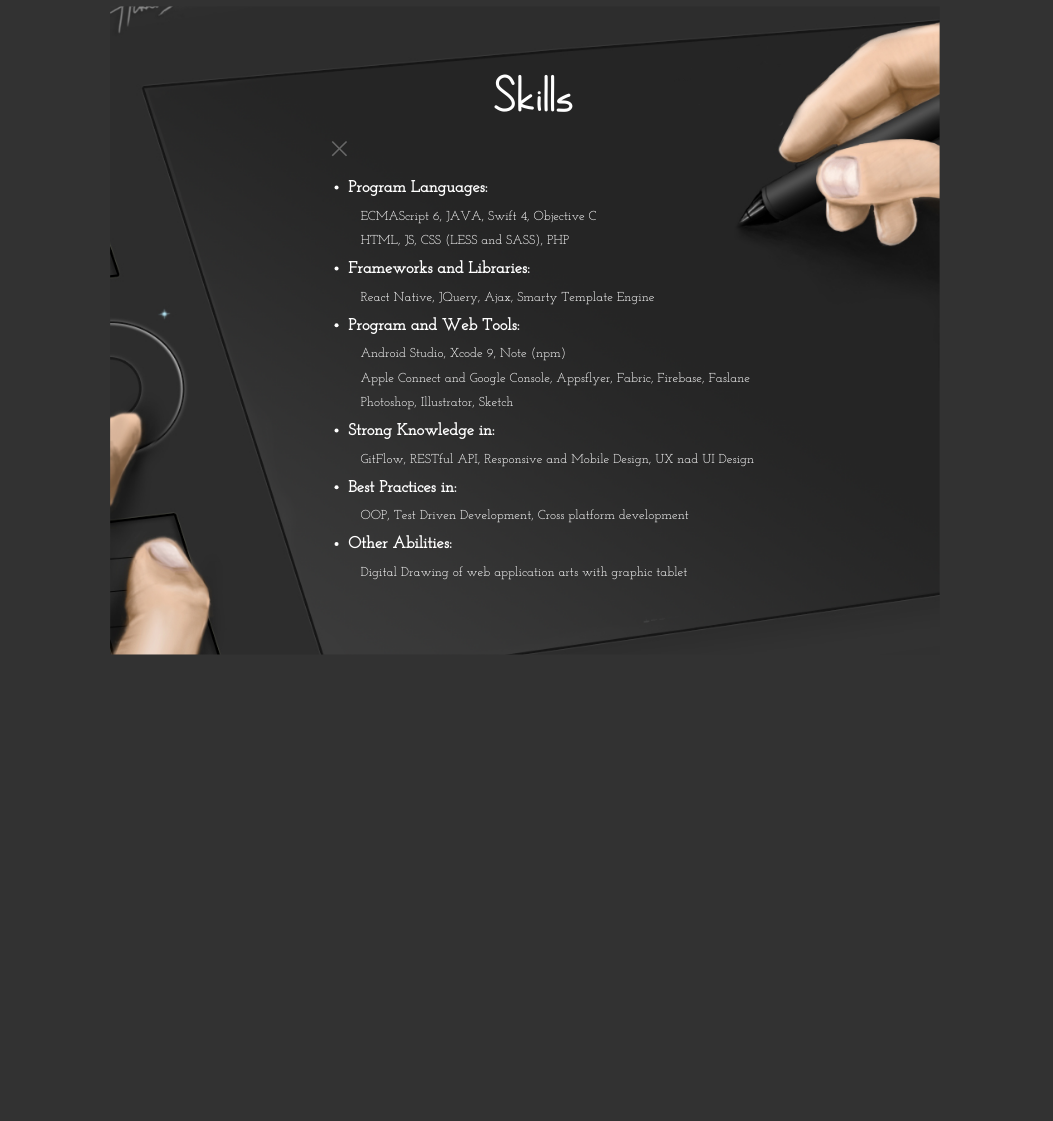
Repository: nikichanko/cv
Page: index.html
These files come from the project's save history. The page is drawn as it stood at one moment and after the next save; the edit follows.
The browser window is 1280 px wide. The page is 1300 px wide, so the pictures cover 1300 px, including what lies to the right of the window. The pictures show the whole page, at 81% of full size.
After loading, the first visible `div.item` was clicked once.

Above is the page before, as saved 2018-08-09 20:53:06.

### index.html
<!DOCTYPE html>
<html>
  <head>
    <link rel="stylesheet" type="text/css" href="css/styles.css">
    <script src="https://ajax.googleapis.com/ajax/libs/jquery/3.3.1/jquery.min.js"></script>
    <title>Nikolay Nikolov - CV</title>
  </head>
  <body>
    <div class="wrapper">
      <div class="menu">
        <div class="item">
          Skills
        </div>
        <div class="content skills">
          <i class="close"></i>
          <ul>
            <li>Program Languages:</li>
            <ol>ECMAScript 6, JAVA, Swift 4, Objective C</ol>
            <ol>HTML, JS, CSS (LESS and SASS), PHP</ol>
            <li>Frameworks and Libraries:</li>
            <ol>React Native, JQuery, Ajax, Smarty Template Engine</ol>
            <li>Program and Web Tools:</li>
            <ol>Android Studio, Xcode 9, Note (npm)</ol>
            <ol>Apple Connect and Google Console, Appsflyer, Fabric, Firebase, Faslane</ol>
            <ol>Photoshop, Illustrator, Sketch</ol>
            <li>Strong Knowledge in:</li>
            <ol>GitFlow, RESTful API, Responsive and Mobile Design, UX nad UI Design</ol>
            <li>Best Practices in:</li>
            <ol>OOP, Test Driven Development, Cross platform development</ol>
            <li>Other Abilities:</li>
            <ol>Digital Drawing of web application arts with graphic tablet</ol>
          </ul>
        </div>
        <div class="item">
          Education
        </div>
        <div class="content">
            <i class="close"></i>
            2011-2013<br/>
            M. Sc. in Computer Science<br/>
            Technical University Gabrovo,
            Computer System and Technologies
        </div>
        <div class="item">
          Empoyment
        </div>
        <div class="content">
            <i class="close"></i>
            <b>from 12. 2016 to present</b><br/>
            Mansion Technology and Operations Centre<br/>
            Professional Title: front-end developer<br/>
            from 11. 2017 working as mobile developer in agile environment<br/><br/>
            <b>from 05. 2014 to 12. 2016</b></br>
            Support Service LTD for Image-Line Belgium</br>
            Professional Title: fullstack web developer with more front-end responsibilities
        </div>
        <div class="item">
          Goal Achieved
        </div>
        <div class="content skills">
          <i class="close"></i>
          <ul>
            <li>As mobile developer:</li>
            <ol>Applications in stores:</ol>
            <ol>
              <img src="img/casino.png" title="CasinoSlots" class="app-icon" />
              <img src="img/ccbj.png" title="Casino BlackJack" class="app-icon" />
              <img src="img/sh.png" title="Slostheaven" class="app-icon" />
              <img src="img/mc.png" title="MansionCasino" class="app-icon" />
            </ol>
            <ol>Quick switching from web to mobile development</ol>
            <ol>Key person with leading role in mobile team</ol>
            <ol>Be main part of critical moments when quick reaction and self-organization is very important</ol>
            <ol>The person that implemented React Native framework in real mobile apps</ol>
            <ol>Publishing and then dealing with rejection of apps in both stores</ol>
            <ol>Implementations: Redux, Geo location services, Biometic authetification with
              RESTful API login, React Native navigation, Unit, Integration and Snapshot Tests with Jest, executed in CI system (Bamboo),
              Cross-platform and multi-device layouts, Exposing many custom code from Native to React Native (NativeModules and NativeEventEmitter)</ol>
            <li>As front-end developer:</li>
            <ol>Responsive and mobile designs with no compromises in details</ol>
            <ol>Developed many end-to-end web applications like: Image Sliders with lazyloading, javascript Video and Audio Players with full mobile support</ol>
            <ol>RESTful API integrations</ol>
            <ol>Unit testing with Jasmine</ol>
          </ul>
        </div>
        <div class="item">
          About me
        </div>
        <div class="content skills">
          <i class="close"></i>

        </div>
        <div class="item">
          Contact
        </div>
        <div class="content">
            <i class="close"></i>
            Fill free to leave me a message...
            <script type="text/javascript" src="https://form.jotformeu.com/jsform/82187298762370"></script>
        </div>
      </div>
    </div>
    <script src="js/common.js"></script>
  </body>
</html>

### css/styles.css
@font-face {
  font-family: 'Just Gotta Smile';
  src: url('./fonts/JustGottaSmile.woff2') format('woff2'),
      url('./fonts/JustGottaSmile.woff') format('woff'),
      url('./fonts/JustGottaSmile.ttf') format('truetype');
  font-weight: 500;
  font-style: normal;
}

@font-face {
  font-family: 'Josefin Slab';
  src: url('./fonts/JosefinSlab.woff2') format('woff2'),
      url('./fonts/JosefinSlab.woff') format('woff'),
      url('./fonts/JosefinSlab.ttf') format('truetype');
  font-weight: normal;
  font-style: normal;
}
ul, li, ol {
  margin: 0;
  padding: 0;
}

body {
  background-color: #323232;
  width: 100%;
  font-family: 'Just Gotta Smile';
  color: #fff;
}

.menu {
  left: 20px;
  line-height: 70px;
  margin: 0 auto;
  position: absolute;
  text-align: center;
  width: 100%;
  height: 400px;
  font-size: 64px;
  top: 80px;
}

.item {
  cursor: pointer;
  position: relative;
  left: 50%;
  opacity: 1;
  transform: translateX(-50%) ;
  -ms-transform: translateX(-50%) ; /* IE 9 */
  -webkit-transform: translateX(-50%); /* Safari 3-8 */
  transition: opacity 0.5s ease-in-out;
  -webkit-user-select: none;
     -moz-user-select: none;
      -ms-user-select: none;
          user-select: none;
          width: auto;
}

.item.closed {
  opacity: 0;
  height: 0;
  visibility: hidden;
}

.content {
  font-family: 'Josefin Slab';
  padding-top: 2px;
  left: 50px;
  max-width: 600px;
  text-align: left;
  top: 50px;
  width: 60%;
  margin: 0 auto;
  line-height: 40px;
  height: 0;
  opacity: 0;
  font-size: 20px;
  transition: opacity 0.5s ease-in-out;
  position: relative;
  visibility: hidden;
}

.content.open {
  height: auto;
  opacity: 1;
  transition: opacity 0.5s ease-in-out;
  visibility: visible;
}
.content.skills {
  line-height: 30px;
}
.content.skills ul {
  margin-top: 10px;
  margin-left: 20px;
}
.content.skills li {
  font-weight: bold;
  font-size: 20px;
  padding:5px 0;
}
.content.skills ol {
  font-size: 16px;
  margin-left: 15px;
}

.item:hover {
  color: #a4cbe6;
}

.wrapper {
  width: 80%;
  max-width: 1300px;
  height: 800px;
  margin: 0 auto;
  background-image: url(../img/cv_bg.png);
  background-repeat: no-repeat;
  background-position: right center;
  background-size: cover;
}

.close {
  position: absolute;
  top: -29px;
  left: -7px;
  width: 32px;
  height: 32px;
  opacity: 0.3;
}
.close:hover {
  opacity: 1;
}
.close:before, .close:after {
  position: absolute;
  left: 15px;
  content: ' ';
  height: 25px;
  width: 2px;
  background-color: #fff;
}
.close:before {
  transform: rotate(45deg);
}
.close:after {
  transform: rotate(-45deg);
}

.app-icon {
  width: 45px;
  margin-right: 20px;
}

### js/common.js
$(".item").on('click', function() {
  var _t = this;
  setTimeout(function(){
    $(_t).next('.content').addClass('open');
  },100);
  $('.item').each(function(i, v) {
    if (!$(_t).is(v)) {
      $(v).addClass('closed');
      $(v).next('.content').removeClass('open');
    }
    else {
      $(v).removeClass('closed');
    }
  });
});

$('.close').on('click', function(){
  $('.item').each(function(i, v) {
    setTimeout(function(){
      $(v).removeClass('closed');
    },100);
    $(v).next('.content').removeClass('open');
  });
})

After the next save:
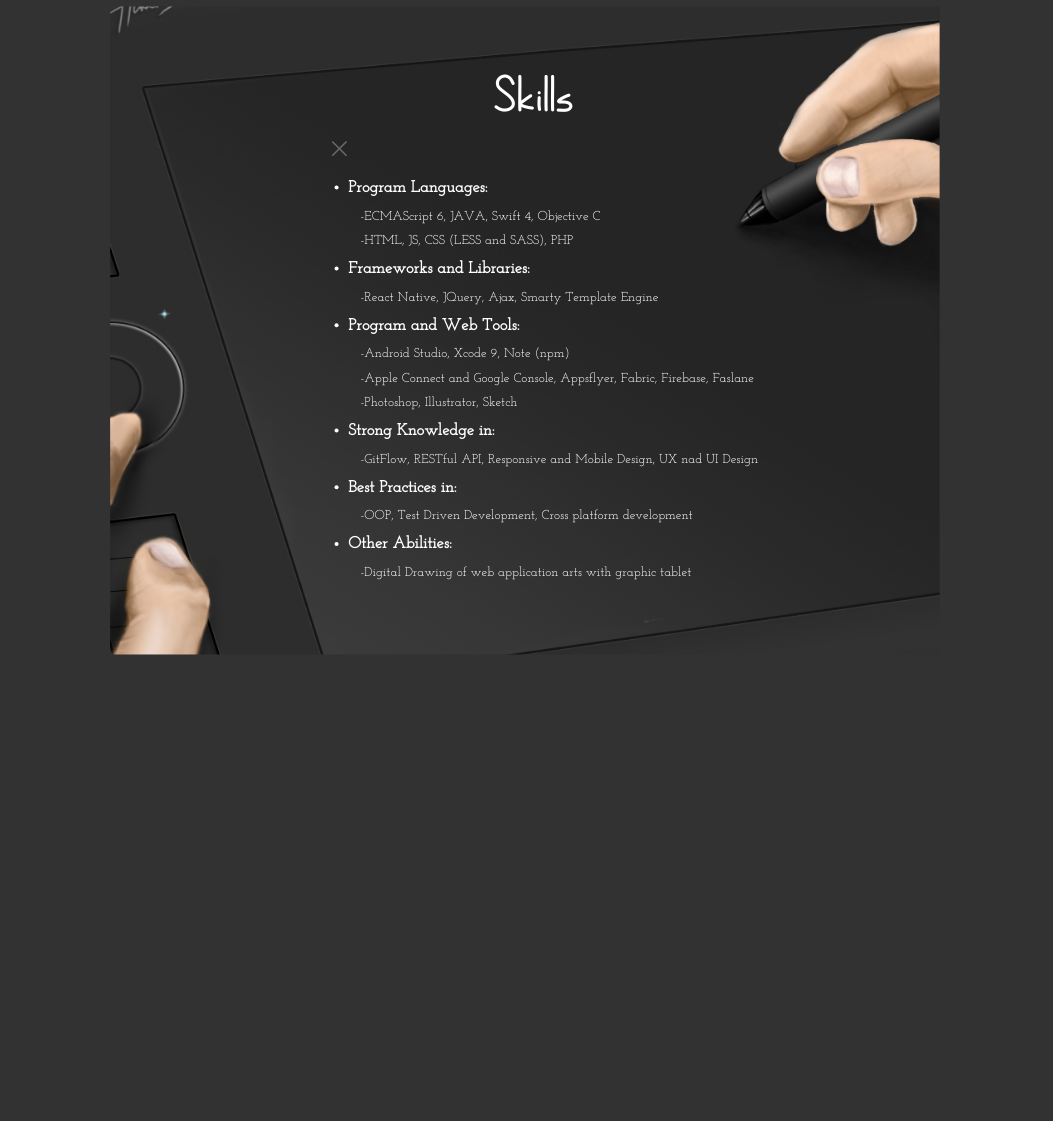
Saved 27 s later.
--- a/css/styles.css
+++ b/css/styles.css
@@ -101,6 +101,10 @@
   font-size: 16px;
   margin-left: 15px;
 }
+.content.skills ol:before {
+  content: "-";
+  text-indent: -5px;
+}
 
 .item:hover {
   color: #a4cbe6;

After the save that followed:
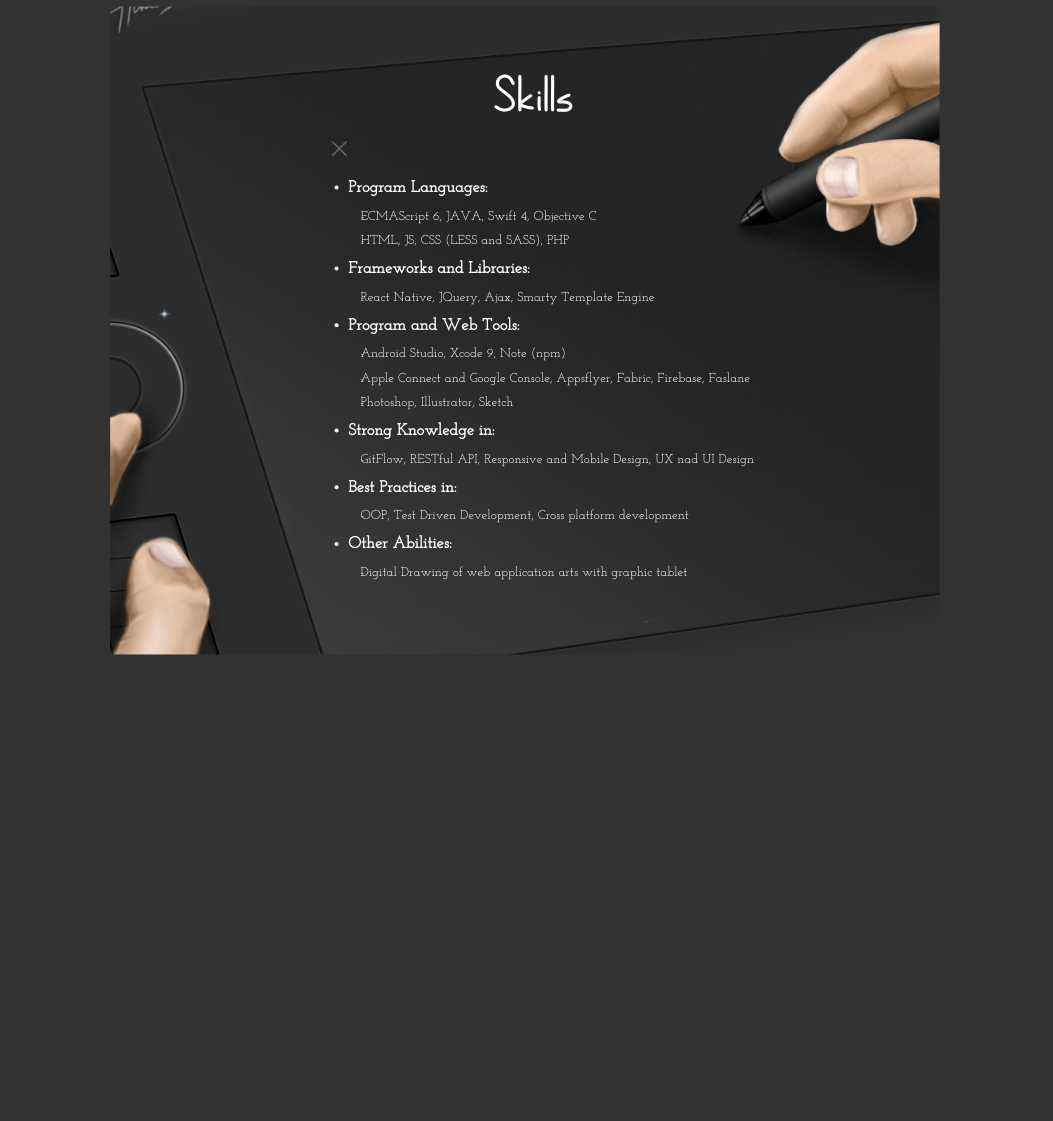
Saved 8 s later.
--- a/css/styles.css
+++ b/css/styles.css
@@ -103,7 +103,7 @@
 }
 .content.skills ol:before {
   content: "-";
-  text-indent: -5px;
+  position: absolute
 }
 
 .item:hover {
